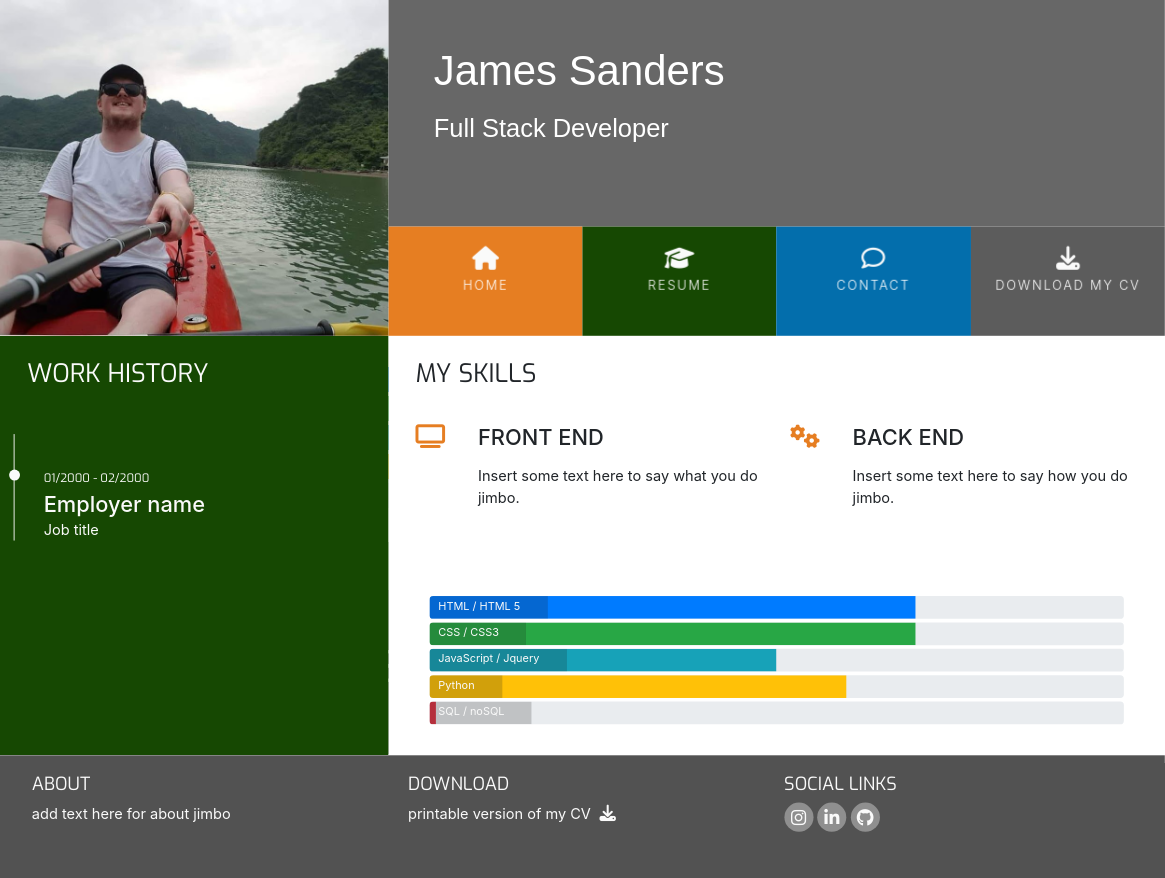
Repository: JaySanders95/my-online-resume
Page: resume.html
An editor plug-in stored every save of this project. The page is shown before and after the next save, followed by the edit.
The browser window is 1280 px wide. The pictures show the whole page, at 91% of full size.
Some web fonts or font styles are not loaded; a fallback is used. Some web libraries are served in a nearby version.

Above is the page before, as saved 2023-04-22 18:03:24.

### resume.html
<!DOCTYPE html>
<html lang="en">
<head>
    <meta charset="UTF-8">
    <meta http-equiv="X-UA-Compatible" content="IE=edge">
    <meta name="viewport" content="width=device-width, initial-scale=1.0">
    <link rel="stylesheet" href="https://cdn.jsdelivr.net/npm/@fortawesome/fontawesome-free@6.2.1/css/fontawesome.min.css" integrity="sha384-QYIZto+st3yW+o8+5OHfT6S482Zsvz2WfOzpFSXMF9zqeLcFV0/wlZpMtyFcZALm" crossorigin="anonymous">
    <link rel="stylesheet" href="https://cdn.jsdelivr.net/npm/bootstrap@4.6.2/dist/css/bootstrap.min.css" integrity="sha384-xOolHFLEh07PJGoPkLv1IbcEPTNtaed2xpHsD9ESMhqIYd0nLMwNLD69Npy4HI+N" crossorigin="anonymous">
    <link rel="stylesheet" href="assets/css/style.css">
    <link rel="stylesheet" href="https://cdnjs.cloudflare.com/ajax/libs/hover.css/2.3.1/css/hover-min.css" integrity="sha512-csw0Ma4oXCAgd/d4nTcpoEoz4nYvvnk21a8VA2h2dzhPAvjbUIK6V3si7/g/HehwdunqqW18RwCJKpD7rL67Xg==" crossorigin="anonymous" referrerpolicy="no-referrer" />
    <title>James Sanders' Resume</title>
</head>
<body>
    <header>
        <div class="row no-gutters">
            <a href="index.html" class="col-md-4 logo">

            </a>
            <div class="col-md-8">
                <div class="row bg-color-name-title no-gutters">
                    <div class="col heading">
                        <h1 class="name">James Sanders</h1>
                        <h2 class="title">Full Stack Developer</h2>

                    </div>
                </div>
                <div class="row no-gutters">
                    <div class="col">
                        <ul id="nav" class="list-inline menucontainer">
                            <li class="col-6 col-sm-3 ui-menu-color-home list-inline-item menuitem">
                                <a href="#" class="hvr-bounce-to-bottom"><i class="fa fa-home" aria-hidden="true"></i><span>Home</span></a>
                            </li>
                            <li class="col-6 col-sm-3 ui-menu-color-resume list-inline-item menuitem">
                                <a href="#" class="hvr-bounce-to-bottom"><i class="fa fa-graduation-cap" aria-hidden="true"></i><span>Resume</span></a>
                            </li>
                            <li class="col-6 col-sm-3 ui-menu-color-contact list-inline-item menuitem">
                                <a href="#" class="hvr-bounce-to-bottom"><i class="fa fa-comment-o" aria-hidden="true"></i><span>Contact</span></a>
                            </li>
                            <li class="col-6 col-sm-3 ui-menu-color-download list-inline-item menuitem">
                                <a href="#" class="hvr-bounce-to-bottom"><i class="fa fa-download" aria-hidden="true"></i><span>Download my CV</span></a>
                            </li>
                        </ul>
                    </div>
                </div>
            </div>
        </div>
    </header>
    <section class="container-fluid">
        <div class="row">
            <div class="col-md-4 bg-color-work-history section-column">
                <div class="row">

                    <div class="col-12">
                        <h3 class="history-heading uppercase">
                            Work History
                        </h3>
                    </div>
                    <div class="timeline-item" data-dates="01/2000 - 02/2000">
                        <h4>Employer name</h4>
                        <p>Job title</p>
                    </div>
                </div>

            </div>
            <div class="col-md-8 bg-color-three-reasons section-column">
                <div class="row">
                    <div class="col">
                        <h3 class="section-heading uppercase">My Skills</h3>
                    </div>
                </div>
                <div class="row">
                    <div class="col-10 offset-1 offset-sm-0 col-sm-4 col-md-6">
                        <div class="row">
                            <div class="col-2">
                                <i class="three-reasons-icon fa fa-tv" aria-hidden="true"></i>
                            </div>
                            <div class="col-10">
                                <h4 class="three-reasons-heading uppercase">Front End</h4>
                                <p>
                                    Insert some text here to say what you do jimbo.
                                </p>
                            </div>
                        </div>
                    </div>
                    <div class="col-10 offset-1 offset-sm-0 col-sm-4 col-md-6">
                        <div class="row">
                            <div class="col-2">
                                <i class="three-reasons-icon fa fa-gears" aria-hidden="true"></i>
                            </div>
                            <div class="col-10">
                                <h4 class="three-reasons-heading uppercase">Back end</h4>
                                <p>
                                    Insert some text here to say how you do jimbo.
                                </p>
                            </div>
                        </div>
                    </div>

                </div>
                <div class="row progress-section">

                </div>
                <div class="col">
                    <div class="progress">
                        <div class="progress-bar" role="progressbar" #
                        aria-valuenow="70" aria-valuemin="0" aria-valuemax="100" style="width:70%">
                        <span class="sr-only"> 70% complete</span>
                        </div>
                        <span class="progress-type">HTML / HTML 5</span>
                    </div>
                    <div class="progress">
                        <div class="progress-bar bg-success" role="progressbar" #
                        aria-valuenow="70" aria-valuemin="0" aria-valuemax="100" style="width:70%">
                        <span class="sr-only"> 70% complete</span>
                        </div>
                        <span class="progress-type">CSS / CSS3</span>
                    </div>
                    <div class="progress">
                        <div class="progress-bar bg-info" role="progressbar" #
                        aria-valuenow="50" aria-valuemin="0" aria-valuemax="100" style="width:50%">
                        <span class="sr-only"> 50% complete</span>
                        </div>
                        <span class="progress-type">JavaScript / Jquery</span>
                    </div>
                    <div class="progress">
                        <div class="progress-bar bg-warning" role="progressbar" #
                        aria-valuenow="60" aria-valuemin="0" aria-valuemax="100" style="width:60%">
                        <span class="sr-only"> 60% complete</span>
                        </div>
                        <span class="progress-type">Python</span>
                    </div>
                    <div class="progress">
                        <div class="progress-bar bg-danger" role="progressbar" #
                        aria-valuenow="1" aria-valuemin="0" aria-valuemax="100" style="width:1%">
                        <span class="sr-only"> 0% complete</span>
                        </div>
                        <span class="progress-type">SQL / noSQL</span>
                    </div>
                </div>
            </div>
        </div>

    </section>
    <footer class="container-fluid">
        <div id="footer-details" class="row">
            <div class="col-sm-4">
                <h5 class="uppercase general-sub">About</h5>
                <p class="inline-block"> add text here for about jimbo</p>
            </div>
            <div class="col-sm-4">
                <h5 class="uppercase general-sub">Download</h5>
                <p class="inline-block"> printable version of my CV</p>
                <a href="#" target="_blank" class="cv-pdf">
                    <i class="fa fa-download" aria-hidden="true"></i>
                    <span class="sr-only">Download link.</span>
                </a>
            </div>
            <div class="col-sm-4">
                <h5 class="uppercase general-sub">Social links</h5>
                <ul class="list-inline social-links">
                    <li class="list-inline-item">
                        <a target="_blank" href="#">
                            <i class="fa fa-instagram"></i>
                            <span class="sr-only">Instagram</span>
                        </a>
                    </li>
                    <li class="list-inline-item">
                        <a target="_blank" href="#">
                            <i class="fa fa-linkedin"></i>
                            <span class="sr-only">LinkedIn</span>
                        </a>
                    </li>
                    <li class="list-inline-item">
                        <a target="_blank" href="#">
                            <i class="fa-brands fa-github"></i>
                            <span class="sr-only">GitHub</span>

                        </a>
                    </li>
                </ul>
            </div>
        </div>

    </footer>
    <script src="https://kit.fontawesome.com/c80cd6a143.js" crossorigin="anonymous"></script>
</body>
</html>

### assets/css/style.css
@import url('https://fonts.googleapis.com/css2?family=Anuphan:100,200,300,400,500,600,700wght@300&family=Exo:100,200,300,400,500,600,700ital,wght@1,300&display=swap');


/* ------- Colours ---------*/

.bg-color-name-title {
    background-color:#676767;
}

.bg-color-three-reasons {
    background-color: #fff;
}

.bg-color-personal-info {
    background-color:#f4f4f4;
}

.ui-menu-color-home {
    background-color: #e67e22;
}

.ui-menu-color-resume {
    background-color: #164802;
}

.ui-menu-color-contact {
    background-color: #036eac;
}

.ui-menu-color-download {
    background-color: #5c5c5c;
}

.bg-color-work-history {
    background-color: #164802;
}

/* ------- Special paddings/margins/text ---------*/

h1,h2,h3,h4 {
    margin: 0;
}

.uppercase {
    text-transform: uppercase;
}

.general-sub {
    font-family: 'Exo', sans-serif;
    font-weight: 300;
    color: #fafafa;
}

.inline-block {
    display: inline-block;
}

.row-table {
    display: table;

}
.section-column {
    display: table-cell;
    padding: 0 30px 30px;
    float: none;
}

.history-heading,
.section-heading {
    font-family: 'Exo', sans-serif;
    font-weight: 300;
    margin-top: 25px;
    margin-bottom: 40px;
}

/* ------- Headers ---------*/
header {
    margin: 0;
}

.heading {
    margin-left: 50px;
}

.logo {
    background: url(../images/me.png);
    background-position: center;
    background-repeat: no-repeat;
    background-size: cover;
    min-height: 360px;
    transition: all .5s ease-in-out;
    -moz-transition: all .5s ease-in-out;
    -webkit-transition: all .5s ease-in-out;
}

.name {
    font-family: 'Anuphan', sans-serif;
    font-weight: 100;
    font-size: 46px;
    margin-top: 50px;
    color: #fff;
}


.title {
    font-family: 'Anuphan', sans-serif;
    font-weight: 200;
    font-size: 28px;
    margin-top: 20px;
    margin-bottom: 90px;
    color: #fff;
}

.list-inline-item:not(:last-child) {
    margin: 0;
}

.menucontainer {
    font-size: 0;
}

#nav li {
    font-size: 14px;
    padding: 0;
}

#nav {
    margin: 0;
}

.menuitem {
    height: 120px;
    text-align: center;
    padding: 0;

}

.menuitem a {
    width: 100%;
    text-decoration: none;
    color: #fff;
    height: 120px;
}

.menuitem a i {
    display: block;
    padding-top: 22px;
    color: #fafafa;
    font-size: 26px;
}

.menuitem span {
    display: block;
    width: 100%;
    padding-top: 5px;
    text-align: center;
    text-transform: uppercase;
    font-size: 14px;
    font-weight: 300;
    letter-spacing: 2px;
}

/* ------- Hover.css ---------*/

.hvr-bounce-to-bottom:before {
    background: rgba(0, 0, 0, 0.3) !important;
    height: 120px;

}

/* ------- Footer ---------*/

footer {
    background-color: #525252;
    color: #fafafa;
    min-height: 120px;
}

.cv-pdf i {
    font-size: 18px;
    color: #fafafa;
    text-align: center;
    padding-left: 5px;
    transition: all 0.35s ease-in-out;
    -moz-transition: all 0.35s ease-in-out;
    -webkit-transition: all 0.35s ease-in-out;
    -o-transition: all 0.35s ease-in-out;
}

.cv-pdf i:hover {
    color: #e84610;
}

.social-links {
    padding-bottom: 15px;
}

.social-links li a i {
    width: 32px;
    height: 32px;
    padding: 7px 0;
    border-radius: 50%;
    font-size: 19px;
    text-align: center;
    color: #fafafa;
    background: #8f8f8f;
    transition: all 0.35s ease-in-out;
    -moz-transition: all 0.35s ease-in-out;
    -webkit-transition: all 0.35s ease-in-out;
    -o-transition: all 0.35s ease-in-out;
}

.social-links li a i:hover {
    background-color: #e84610;
}

#footer-details {
    padding: 20px;
}

/* ------- 3 Reasons ---------*/

.three-reasons-icon {
    font-size: 26px;
    color: #e67e22;
}

.three-reasons-heading {
    margin-bottom: 15px;
}

/* ------- Personal Info ---------*/

.personal-info-item {
    margin-bottom: 20px;
    display: block;
    clear: both;
}

.personal-info-item .key,
.personal-info-item .value {
    padding: 8px;
    display: inline-block;

}

.personal-info-item .key p,
.personal-info-item .value p {
    margin: 0;
}

.personal-info-item .key {
    width: 30%;
    margin-right: 21px;
    padding-top: 2px;
    vertical-align: top;
}

.personal-info-item .key p {
    font-weight: 700;


}

.personal-info-item .value {
    position: relative;
    width: 60%;

}

/* ------- Skills ---------*/

.progress {
    line-height: normal;
    position: relative;
    height: 25px;
    margin-bottom: 4px;
}

.progress-type {
    position: absolute;
    left: 0px;
    font-weight: 400;
    padding: 3px 30px 2px 10px;
    color: #fafafa;
    background-color: rgba(25, 25, 25, 0.2);
    height: inherit;
}

.progress-section {
    margin: 40px 20px;
}

/* -------- Work History ----- */

.history-heading {
    color: #fafafa;
    margin-bottom: 50px;
}

.timeline-item {
    padding: 4em 2em 0em 2em;
    position: relative;
    color: #fafafa;
    border-left: 1px solid;
}

.timeline-item p {
    padding: 0;
    margin: 0;
}

.timeline-item:before {
    content: attr(data-dates);
    position: absolute;
    left: 2.5em;
    top: 3em;
    display: block;
    font-family: 'Exo', sans-serif;
    font-weight: 500;
    font-size: 0.8em;
    padding: 0;
    margin: 0;
}

.timeline-item:after {
    width: 12px;
    height: 12px;
    display: block;
    top: 2.4em;
    position: absolute;
    left: -6px;
    border-radius: 12px;
    content: '';
    background: #fafafa;
}







/*
font-family: 'Anuphan', sans-serif;
font-family: 'Exo', sans-serif;
*/

After the next save:
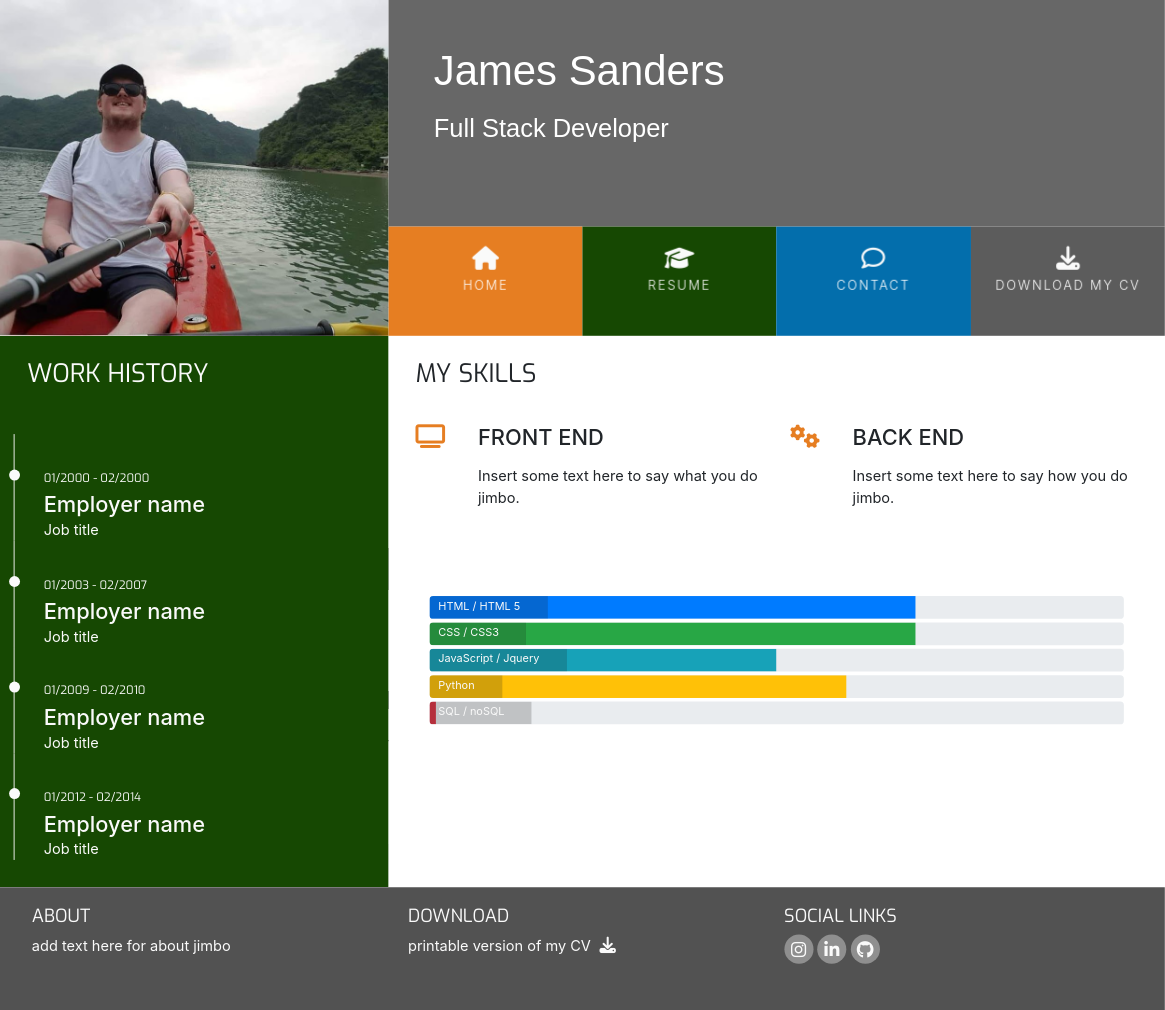
Saved 5 min 22 s later.
--- a/resume.html
+++ b/resume.html
@@ -56,6 +56,18 @@
                         </h3>
                     </div>
                     <div class="timeline-item" data-dates="01/2000 - 02/2000">
+                        <h4>Employer name</h4>
+                        <p>Job title</p>
+                    </div>
+                    <div class="timeline-item" data-dates="01/2003 - 02/2007">
+                        <h4>Employer name</h4>
+                        <p>Job title</p>
+                    </div>
+                    <div class="timeline-item" data-dates="01/2009 - 02/2010">
+                        <h4>Employer name</h4>
+                        <p>Job title</p>
+                    </div>
+                    <div class="timeline-item" data-dates="01/2012 - 02/2014">
                         <h4>Employer name</h4>
                         <p>Job title</p>
                     </div>
